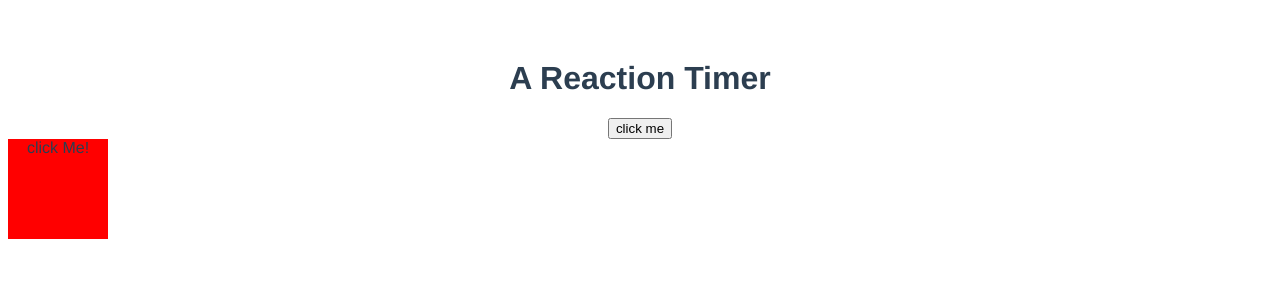
Repository: qudos4real/reaction-timer
Page: /
These files come from the project's save history. The page is drawn as it stood at one moment and after the next save; the edit follows.
The browser window is 1280 px wide. The pictures show the whole page.
The project was rebuilt for these pictures with package versions that can differ from the ones it lists, and the page was loaded fresh each time. Also part of the build but not shown: vue.config.js.

Above is the page before, as saved 2022-12-27 22:32:08.

### src/App.vue
<template>
 <h1>A Reaction Timer</h1>
 <button @click="start">click me</button>
 <Block />
</template>

<script>
import Block from './components/Block.vue';

export default {
  name: 'App',
  components: {
    Block
  },
  data() {
    return {
      isPlaying: false,
      delay: null,
    }
  },
  methods: {
    start() {
      this.isPlaying = true;
      this.delay = 2000 + Math.random() * 5000;
      console.log(this.delay);
    }
  }
}
</script>

<style>
#app {
  font-family: Avenir, Helvetica, Arial, sans-serif;
  -webkit-font-smoothing: antialiased;
  -moz-osx-font-smoothing: grayscale;
  text-align: center;
  color: #2c3e50;
  margin-top: 60px;
}
</style>

### src/components/Block.vue
<template>
    <div class="block">
        click Me!
        </div>
</template>

<script>
export default {

}
</script>

<style>
.block {
    width: 100px;
    height: 100px;
    background-color: red;
}
</style>

Loaded but not shown: public/index.html (common file); src/main.js (common file)

After the next save:
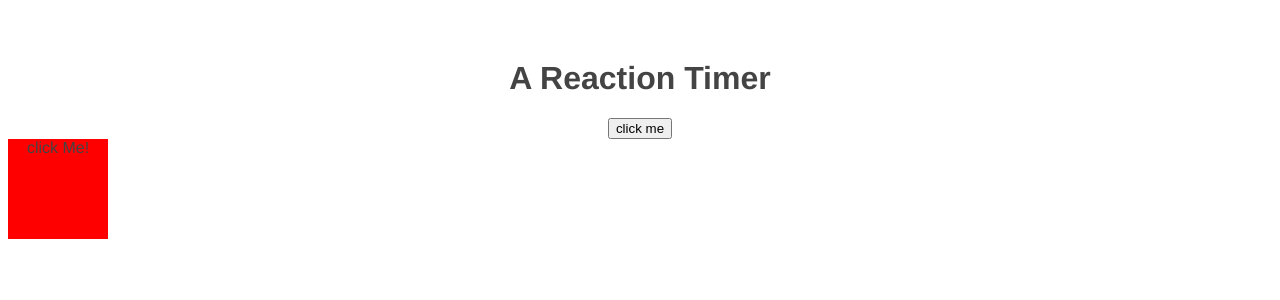
Saved 21 s later.
--- a/src/App.vue
+++ b/src/App.vue
@@ -34,7 +34,7 @@ export default {
   -webkit-font-smoothing: antialiased;
   -moz-osx-font-smoothing: grayscale;
   text-align: center;
-  color: #2c3e50;
+  color: #444;
   margin-top: 60px;
 }
 </style>
